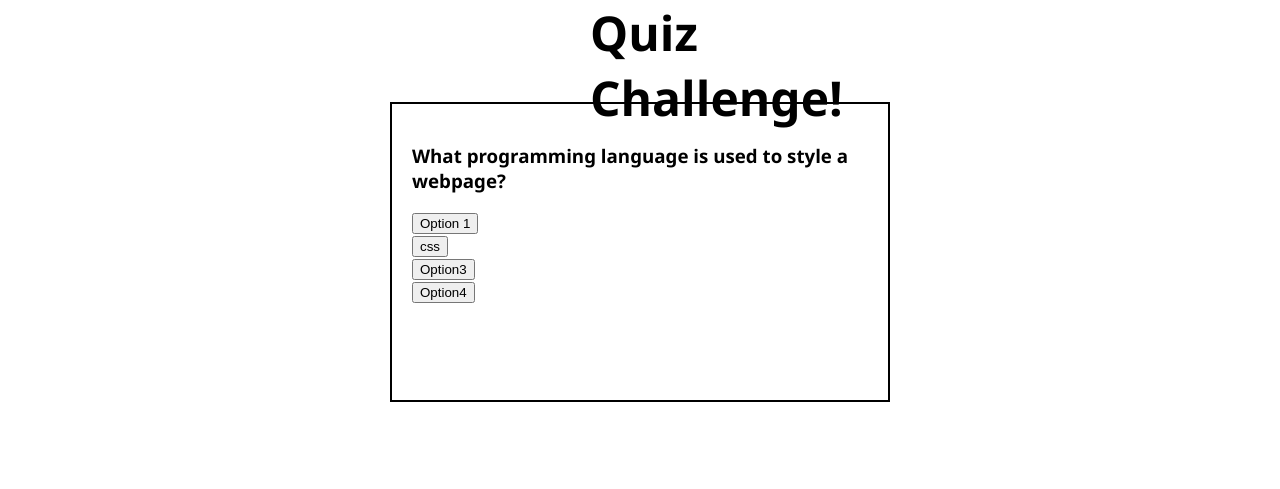
Repository: s88leigh/Quiz-Challenge
Page: index.html
An editor plug-in stored every save of this project. The page is shown before and after a run of saves, followed by the edit.
The browser window is 1280 px wide. The pictures show the whole page.

Above is the page before, as saved 2019-10-18 11:15:44.

After the next 2 saves:
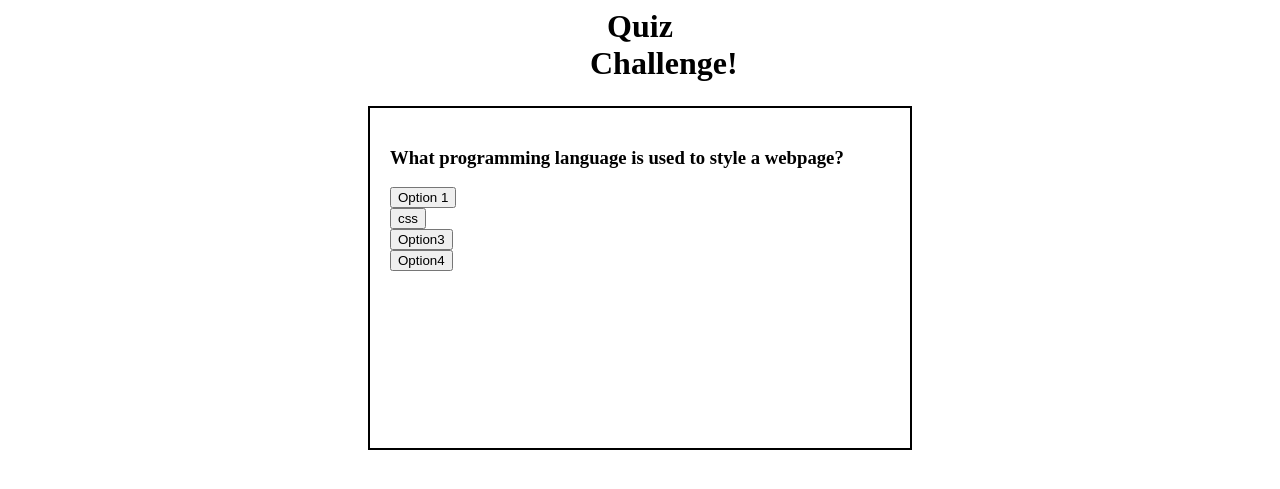
The 2 saves are shown as one change because they came seconds apart.
The last was saved 21 s later.
--- a/style.css
+++ b/style.css
@@ -14,7 +14,7 @@
     border: 2px solid black;
 }
 
-/* time tracker */
+/* time tracker
 *, *::before, *::after {
     box-sizing: border-box;
   }
@@ -68,3 +68,4 @@
   #subtract:hover {
     background-color: #CF1919;
   }
+   */
